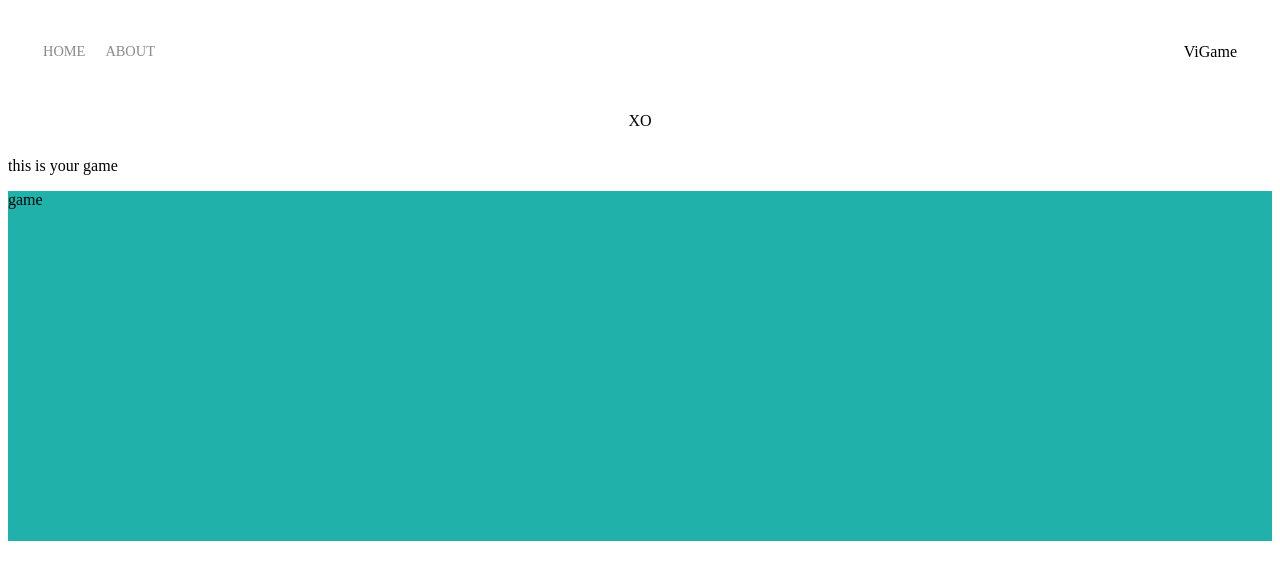
Repository: vahid242/viGame
Page: http://localhost/tic-tac-toe
The author's editor kept a record of every edit. The page is drawn from the files as they stood at one moment, then again after the next edit.
The browser window is 1280 px wide. The pictures show the whole page.
The page is served by the project's Node server (v1/app.js).

Above is the page before.
Not found: tic.js

After the next edit:
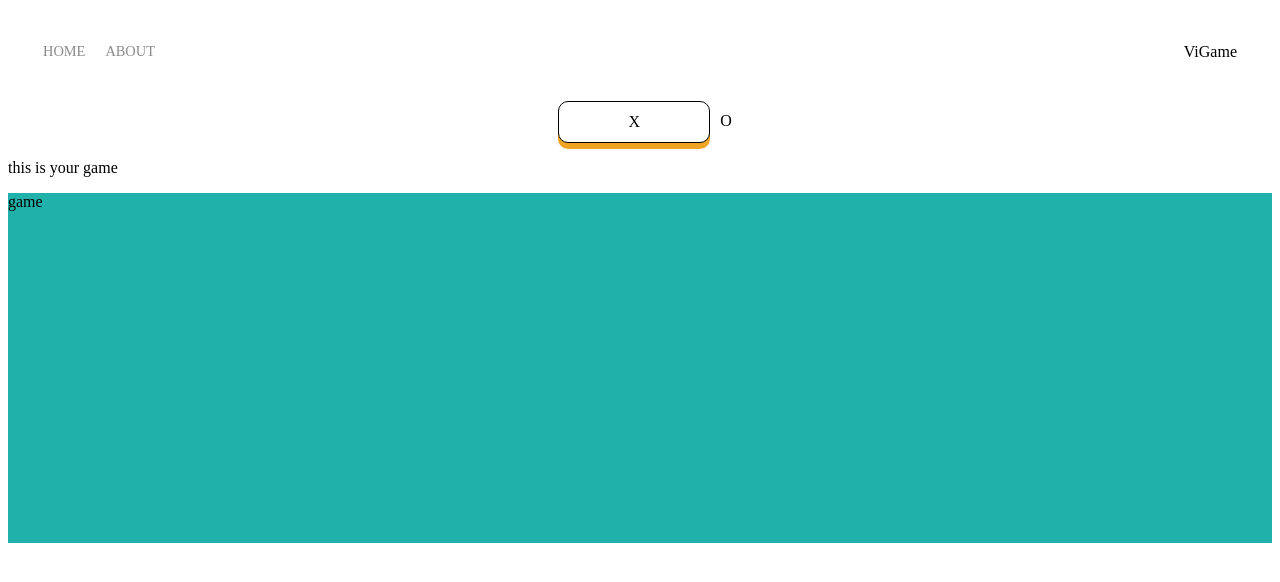
The edit:
--- a/v1/views/tic.ejs
+++ b/v1/views/tic.ejs
@@ -26,8 +26,8 @@
 
             <div class="upside">
                 <div class="choose">
-                    <div class="chooseBox">X</div>
-                    <div class="chooseBox">O</div>
+                    <div class="chooseBox" id="xChose">X</div>
+                    <div class="chooseBox" id="oChose">O</div>
                 </div>
                 <div id="userChose">
                     <p>this is your game</p>
